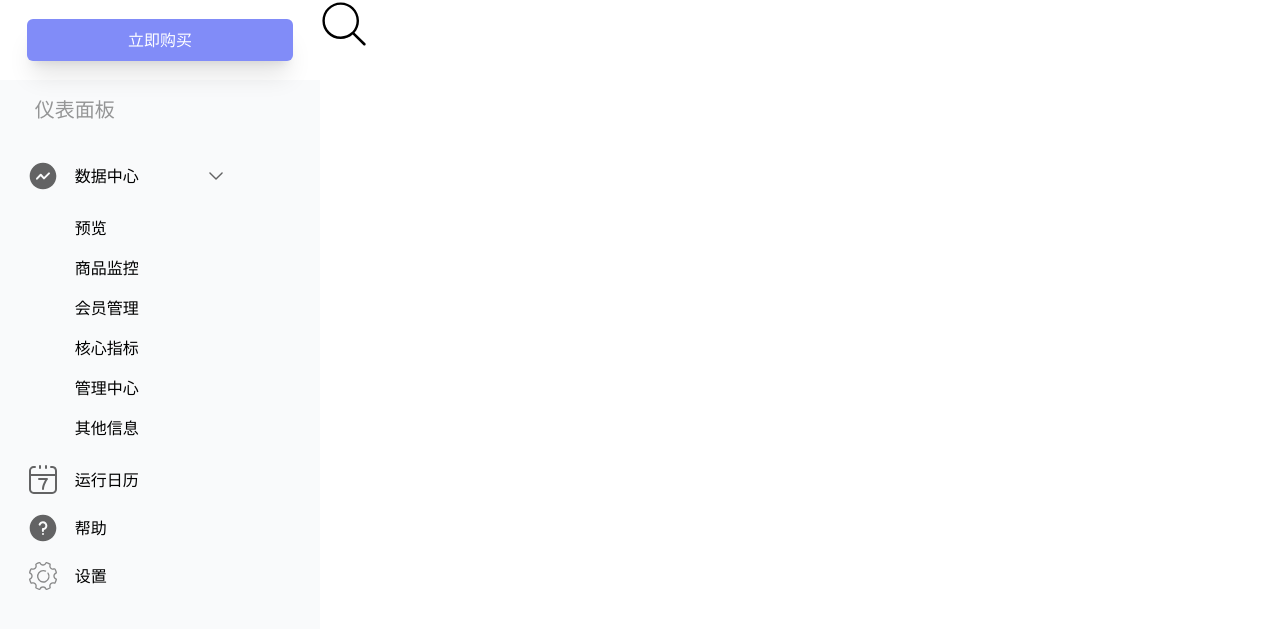
Repository: LiuRuohui/useWater
Page: /
These files come from the project's save history. The page is drawn as it stood at one moment and after the next save; the edit follows.
The browser window is 1280 px wide. The pictures show the whole page.
The project was rebuilt for these pictures with package versions that can differ from the ones it lists, and the page was loaded fresh each time. Also part of the build but not shown: vite.config.js.

Above is the page before, as saved 2022-04-06 09:34:15.

After the next save:
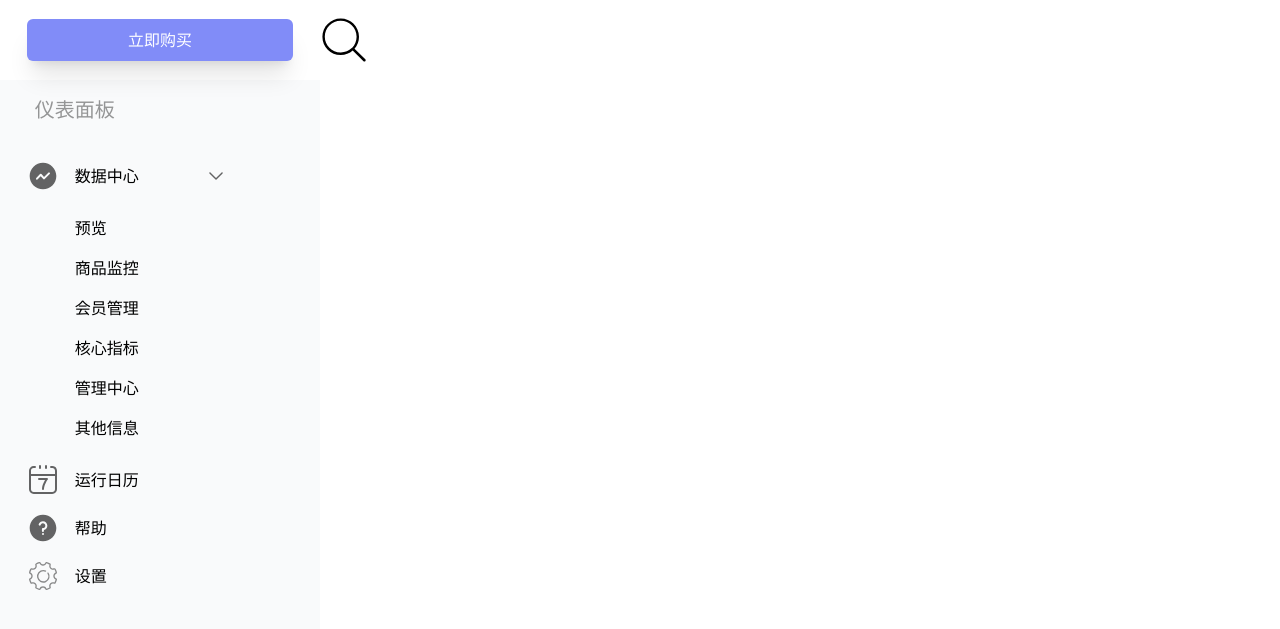
Saved 7 s later.
--- a/src/components/HelloWorld.vue
+++ b/src/components/HelloWorld.vue
@@ -47,7 +47,7 @@
   </div>
   <div class="flex flex-grow flex-col">
       <div class="flex flex-row h-24">
-        <img src="../assets/搜索.svg" alt="" class="h-12">
+        <img src="../assets/搜索.svg" alt="" class="h-12 my-4">
       </div>
   </div>
 </div>
